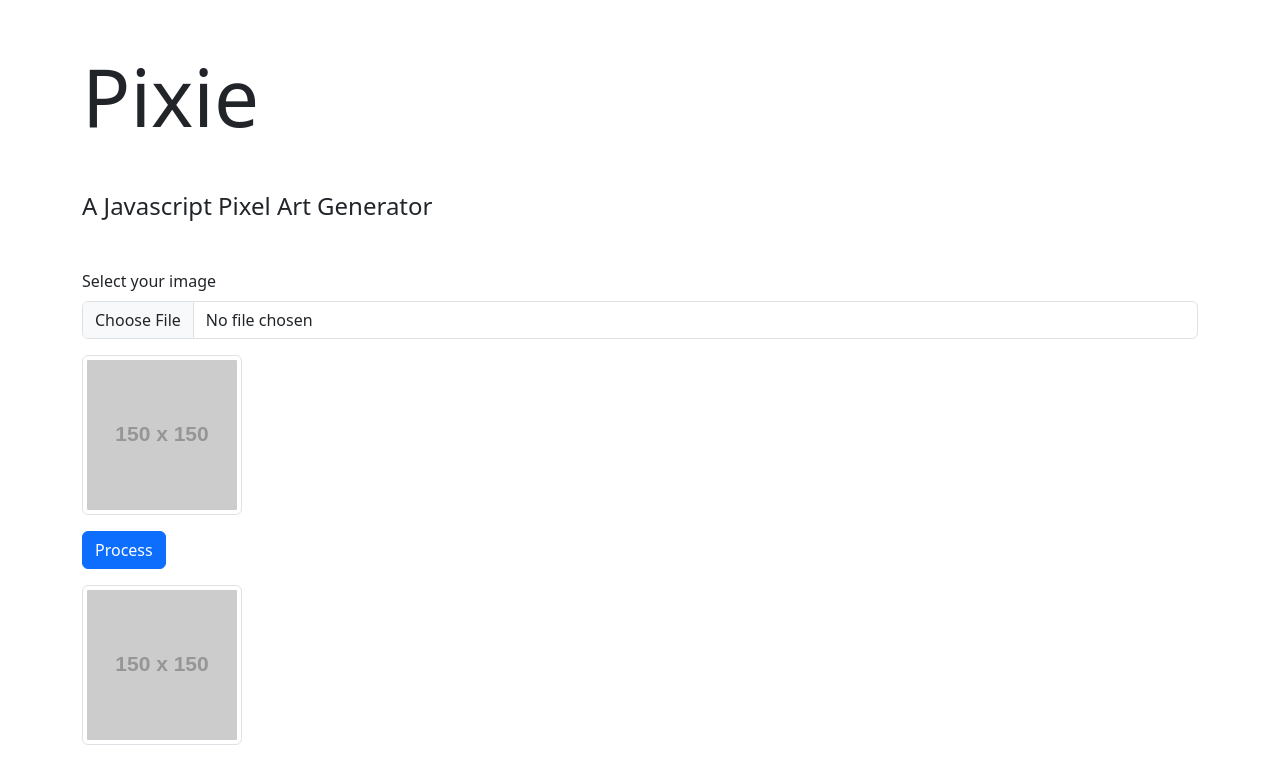
Repository: BigEmperor26/Pixie
Page: index.html
The author's editor kept a copy of each file at every save. The page is drawn from the files as they stood at one save, then again after the next save.
The browser window is 1280 px wide. The pictures show the whole page.

Above is the page before, as saved 2023-12-08 15:14:28.

After the next save:
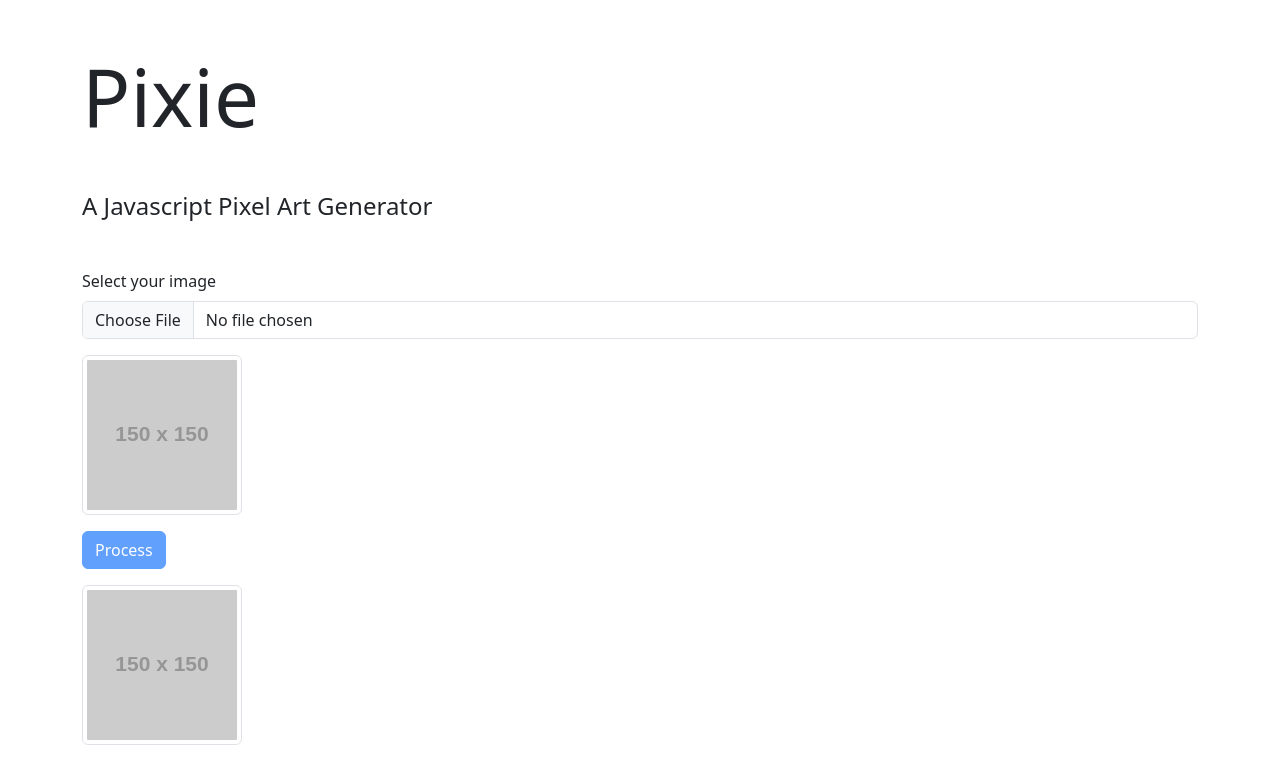
Saved 12 s later.
--- a/index.html
+++ b/index.html
@@ -17,7 +17,7 @@
     <div class="my-3">
         <img src="https://via.placeholder.com/150" class="img-thumbnail" alt="..." onclick="" id="imageSrc">
     </div>
-    <button type="button" class="btn btn-primary">Process</button>
+    <button type="button" class="btn btn-primary disabled">Process</button>
   <!-- Content here -->
     <div class="my-3">
         <img src="https://via.placeholder.com/150" class="img-thumbnail" alt="..." onclick="" id="imageOut">
